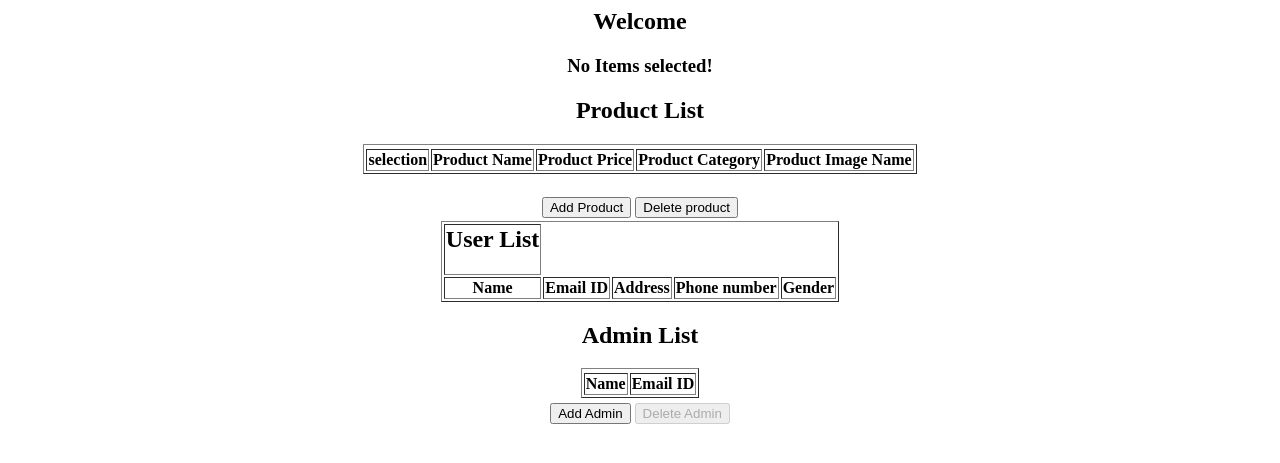
Repository: mohitpratapsingh/GSAP2015
Page: http://localhost/Team-C/adminBack
The author's editor kept a copy of each file at every save. The page is drawn from the files as they stood at one save, then again after the next save.
The browser window is 1280 px wide. The pictures show the whole page.
After loading, the first visible `button` was clicked once.
The page is served by Tomcat 9. The template is opened directly, without the code that normally fills it, so the values that code supplies are empty.

Above is the page before, as saved 2015-09-08 03:39:11.

After the next save:
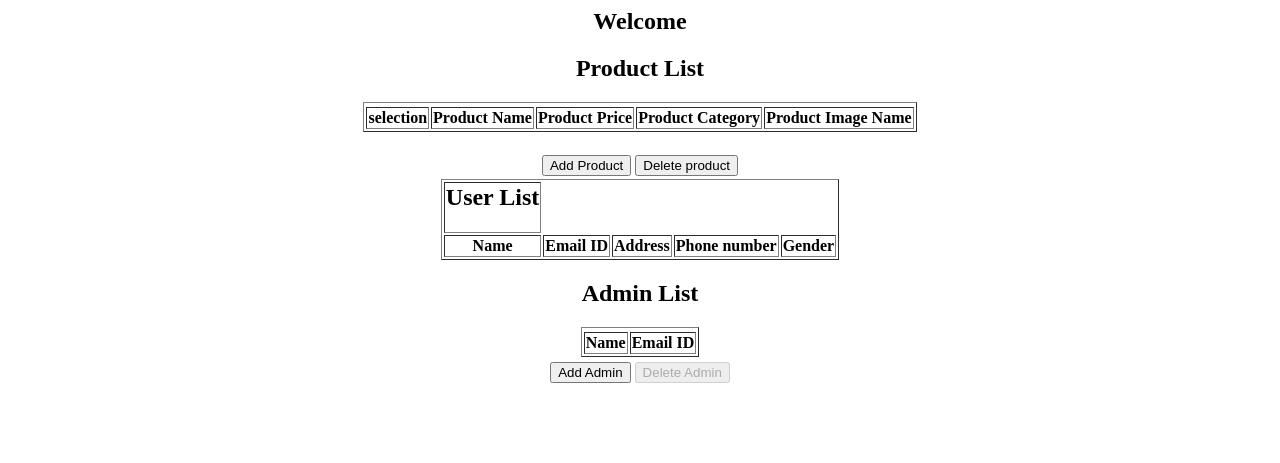
Saved 105 s later.
--- a/Team-C/src/main/webapp/WEB-INF/views/superAdminHome.jsp
+++ b/Team-C/src/main/webapp/WEB-INF/views/superAdminHome.jsp
@@ -178,7 +178,8 @@ var test=[];
         	if(test.length){window.location = "deleteProduct?prodIductList=" +test;
                 }
         	else
-        		document.getElementById("notSelected").innerHTML="No Items selected!";
+        		//document.getElementById("notSelected").innerHTML="No Items selected!";
+        	alert("no item selected")
 
         }
 
